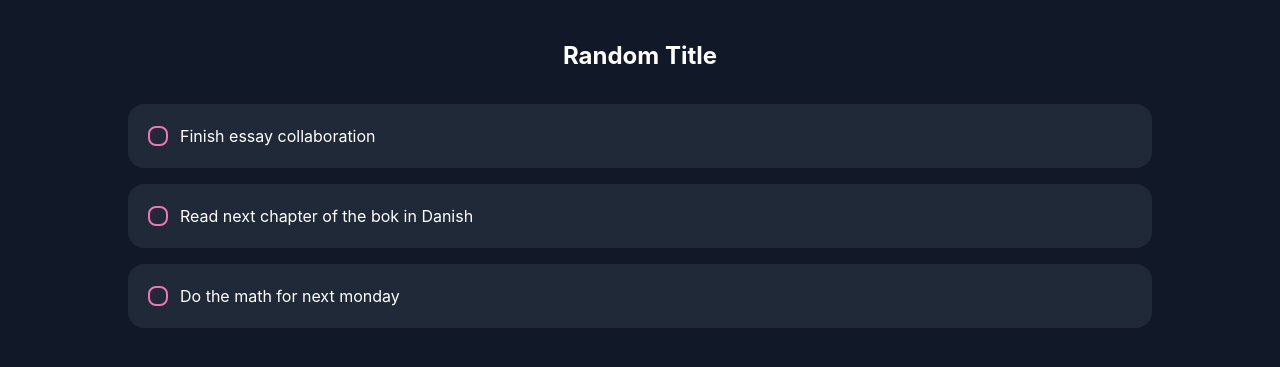
Repository: VachArt/react-exam-work
Page: /about
An editor plug-in stored every save of this project. The page is shown before and after the next save, followed by the edit.
The browser window is 1280 px wide. The pictures show the whole page.
The project was rebuilt for these pictures with package versions that can differ from the ones it lists, and the page was loaded fresh each time.

Above is the page before, as saved 2022-04-27 19:29:09.

After the next save:
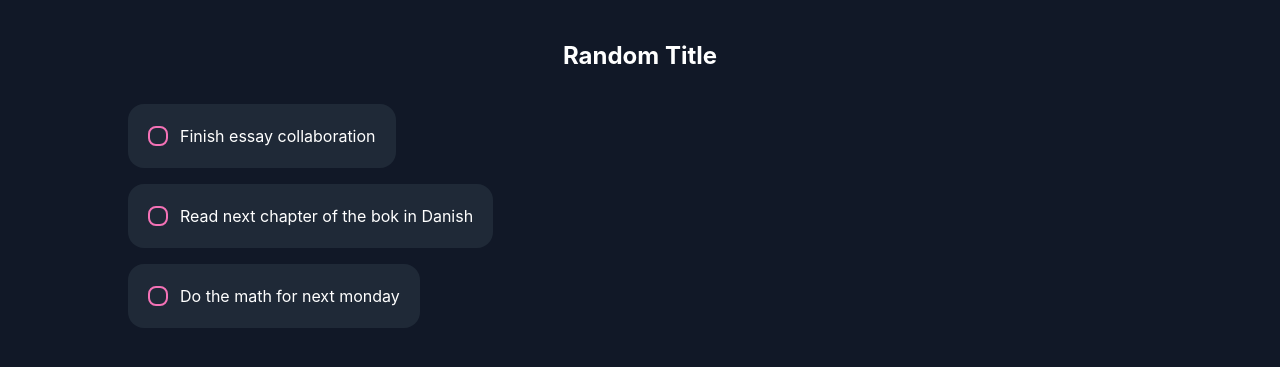
Saved 2 min 38 s later.
--- a/src/components/pages/Home/item/TodoItem.jsx
+++ b/src/components/pages/Home/item/TodoItem.jsx
@@ -3,10 +3,10 @@
 
 const TodoItem = ({todo}) => {
     return (
-        <div className='flex items-center mb-4 rounded-2xl bg-gray-800 p-5'>
+        <button className='flex items-center mb-4 rounded-2xl bg-gray-800 p-5'>
             <Check />
             {todo.title}
-        </div>
+        </button>
     )
 }
 

After the save that followed:
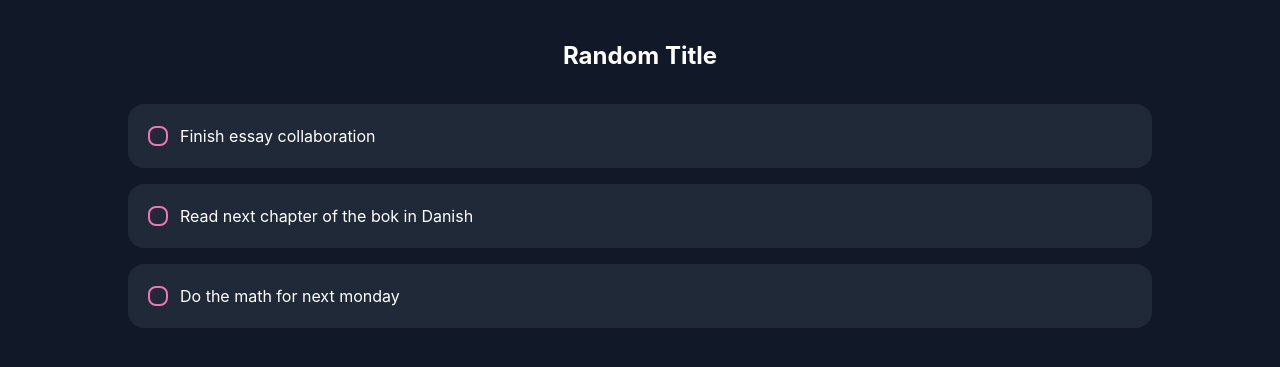
Saved 34 s later.
--- a/src/components/pages/Home/item/TodoItem.jsx
+++ b/src/components/pages/Home/item/TodoItem.jsx
@@ -3,7 +3,7 @@
 
 const TodoItem = ({todo}) => {
     return (
-        <button className='flex items-center mb-4 rounded-2xl bg-gray-800 p-5'>
+        <button className='flex items-center mb-4 rounded-2xl bg-gray-800 p-5 w-full'>
             <Check />
             {todo.title}
         </button>
